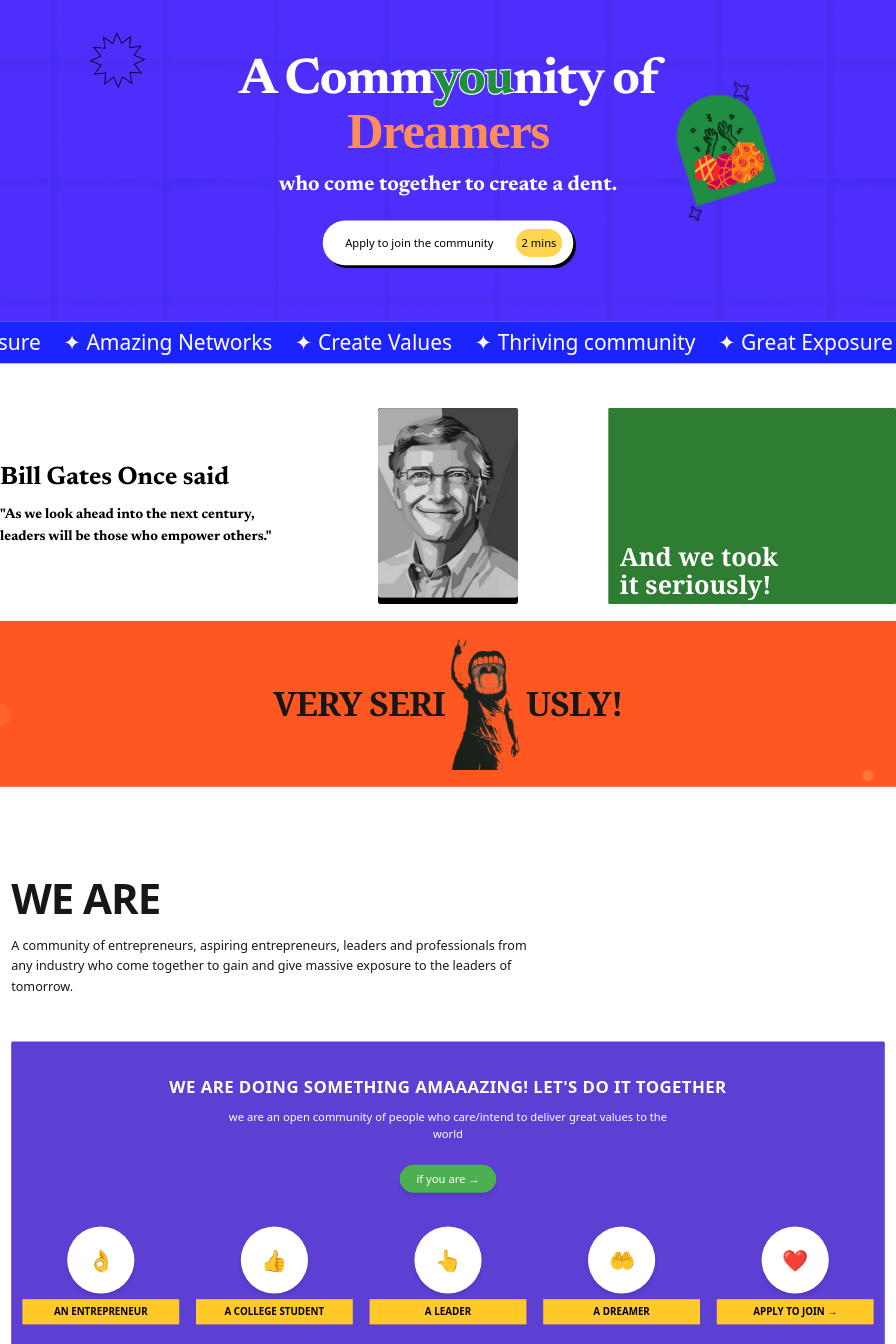
Repository: as-avni/dreamersite
Page: /
These files come from the project's save history. The page is drawn as it stood at one moment and after the next save; the edit follows.
The browser window is 1280 px wide. The pictures show the part of the page from y = 0 to 1920 px (the page is 2661 px tall before and 4130 px after), at 70% of full size.
Some web fonts or font styles are not loaded; a fallback is used. The project was rebuilt for these pictures with package versions that can differ from the ones it lists, and the page was loaded fresh each time. Some packages were replaced by stand-ins written for this rebuild. The framework's server and built-in components were replaced by stand-ins that run in the browser. Also part of the build but not shown: next.config.ts.

Above is the page before, as saved 2025-03-21 04:51:36.

### src/app/page.tsx
import Hero from "@/components/hero"
import MovingBanner from "@/components/banner"
import BillGatesSection from "@/components/bill-gates"
import AmazingSection from "@/components/amazing"
import QuickFormSection from "@/components/form"

export default function Home() {
  return (
    <main className="min-h-screen bg-white font-sans antialiased">
      <Hero />
      <MovingBanner />
      <BillGatesSection />
      <AmazingSection />
      <QuickFormSection />
    </main>
  )
}

### src/app/globals.css
@import url('https://fonts.googleapis.com/css2?family=Anek+Devanagari:wght@100..800&family=Khand:wght@300;400;500;600;700&family=Newsreader:ital,opsz,wght@0,6..72,200..800;1,6..72,200..800&family=Noto+Sans:ital,wght@0,100..900;1,100..900&family=Poppins:ital,wght@0,100;0,200;0,300;0,400;0,500;0,600;0,700;0,800;0,900;1,100;1,200;1,300;1,400;1,500;1,600;1,700;1,800;1,900&family=Rampart+One&display=swap');

@tailwind base;
@tailwind components;
@tailwind utilities;

:root {
  --background: #ffffff;
  --foreground: #171717;
}

@media (prefers-color-scheme: dark) {
  :root {
    --background: #0a0a0a;
    --foreground: #ededed;
  }
}

html,
body {
  max-width: 100vw;
  overflow-x: hidden;
}

body {
  color: var(--foreground);
  background: var(--background);
  font-family: Arial, Helvetica, sans-serif;
  -webkit-font-smoothing: antialiased;
  -moz-osx-font-smoothing: grayscale;
}

* {
  box-sizing: border-box;
  padding: 0;
  margin: 0;
}

a {
  color: inherit;
  text-decoration: none;
}

@media (prefers-color-scheme: dark) {
  html {
    color-scheme: dark;
  }
}

### src/components/hero.tsx
"use client"

import { motion } from "framer-motion"

export default function Hero() {
  return (
    <section className="relative flex flex-col items-center justify-center py-20 px-4 text-white text-center overflow-hidden bg-[url('/images/grid-bg.png')] bg-stretch">

      {/* Rotating Star Image */}
      <motion.img
        src="/images/Star.png"
        alt="Star"
        className="absolute w-20 h-20"
        style={{ top: "10%", left: "10%" }}
        // animate={{ rotate: 360 }}
        // transition={{ repeat: Infinity, duration: 10, ease: "linear" }}
      />

      {/* Static Image in a Div */}
      <div
        className="absolute w-60 h-60 bg-cover bg-center"
        style={{ top: "20%", right: "10%", backgroundImage: "url('/images/image.png')" }}
      ></div>

      <div className="relative max-w-3xl mx-auto w-full">
        <motion.h1
          className="text-5xl md:text-6xl lg:text-7xl font-newsreader font-bold mb-4 tracking-tight"
          initial={{ opacity: 0, y: 20 }}
          animate={{ opacity: 1, y: 0 }}
          transition={{ duration: 0.8 }}
        >
          A Comm<span className="text-[#1F8D42] [text-shadow:-1px_-1px_0_white,1px_-1px_0_white,-1px_1px_0_white,1px_1px_0_white]">you</span>nity of <br />
          <span className="font-rampartone text-[#FF8C5A]">Dreamers</span>
        </motion.h1>

        <motion.p
          className="text-3xl mb-8 font-bold font-newsreader"
          initial={{ opacity: 0, y: 20 }}
          animate={{ opacity: 1, y: 0 }}
          transition={{ duration: 0.8, delay: 0.2 }}
        >
          who come together to create a dent.
        </motion.p>

        <motion.div
          className="inline-flex items-center bg-white rounded-full px-2 py-1 text-black font-medium transition-all hover:bg-gray-50 shadow-[4px_4px_0px_black]"
          initial={{ opacity: 0, y: 20 }}
          animate={{ opacity: 1, y: 0 }}
          transition={{ duration: 0.8, delay: 0.4 }}
          whileHover={{ scale: 1.03 }}
        >
          <button className="bg-white text-black rounded-full px-6 py-4 font-medium transition-all hover:bg-gray-50">
            Apply to join the community
          </button>
          <span className="text-black bg-[#FFD54F] p-2 rounded-full font-medium ml-2 mr-2">2 mins</span>
        </motion.div>
      </div>
    </section>
  )
}

### src/components/banner.tsx
"use client"

import { useRef } from "react"

export default function MovingBanner() {
  const bannerItems = [
    "✦ Thriving community",
    "✦ Great Exposure",
    "✦ Amazing Networks",
    "✦ Create Values",
  ]

  return (
    <div className="bg-[#1B24FF] text-white py-3 overflow-hidden relative">
      <div className="flex whitespace-nowrap mx-auto w-max animate-scrollBanner">
        {/* Duplicate the items to ensure seamless looping */}
        {[...bannerItems,...bannerItems,...bannerItems].map((item, index) => (
          <span key={index} className="mx-4 text-3xl font-medium">
            {item}
          </span>
        ))}
      </div>

      {/* CSS Animation */}
      <style jsx>{`
        @keyframes scrollBanner {
          from {
            transform: translateX(0);
          }
          to {
            transform: translateX(-50%);
          }
        }

        .animate-scrollBanner {
          animation: scrollBanner 20s linear infinite;
        }
      `}</style>
    </div>
  )
}

### src/components/bill-gates.tsx
"use client"

import Image from "next/image"
import { motion } from "framer-motion"

export default function BillGatesSection() {
return (
    <section className=" py-16 px-4 md:px-0 lg:px-0 max-w-7xl mx-auto w-full">
        <div className="grid grid-cols-1 md:grid-cols-3 w-full gap-6 items-center">
            {/* Quote Text Section */}
            <motion.div
                className="col-span-1 flex flex-col justify-center"
                initial={{ opacity: 0, x: -20 }}
                whileInView={{ opacity: 1, x: 0 }}
                transition={{ duration: 0.6 }}
                viewport={{ once: true }}
            >
                <h2 className="px-0 text-4xl font-bold mb-4 text-black font-newsreader">Bill Gates Once said</h2>
                <p className="text-xl leading-relaxed font-bold text-black font-newsreader">
                &quot;As we look ahead into the next century, leaders will be those who empower others.&quot;
                </p>
            </motion.div>

            {/* Bill Gates Image */}
            <motion.div
                className="col-span-1 flex justify-center items-center"
                initial={{ opacity: 0, y: 20 }}
                whileInView={{ opacity: 1, y: 0 }}
                transition={{ duration: 0.6, delay: 0.2 }}
                viewport={{ once: true }}
            >
                <div className="relative w-[200px] h-[280px] bg-black rounded overflow-hidden">
                    <Image
                        src="/images/bill.jpg"
                        width={200}
                        height={200}
                        alt="Bill Gates"
                        className="rounded object-cover"
                    />
                </div>
            </motion.div>

            {/* Green Box Section */}
            <motion.div
                className="h-[280px] col-span-1 bg-[#2E7D32] flex flex-col p-6 text-white rounded-sm relative"
                initial={{ opacity: 0, x: 20 }}
                whileInView={{ opacity: 1, x: 0 }}
                transition={{ duration: 0.6, delay: 0.4 }}
                viewport={{ once: true }}>
                <p className="absolute bottom-12 left-4 text-4xl font-serif font-bold">
                    And we took
                </p>
                <p className="absolute bottom-2 left-4 text-4xl font-bold font-serif">
                    it seriously!
                </p>
            </motion.div>

        </div>

        {/* Orange Section */}
        <motion.div
            className="mt-6 bg-[#FF5722] py-6 px-4 flex items-center justify-center relative overflow-hidden"
            initial={{ opacity: 0, y: 20 }}
            whileInView={{ opacity: 1, y: 0 }}
            transition={{ duration: 0.6, delay: 0.6 }}
            viewport={{ once: true }}
        >
            <div className="flex items-center justify-center space-x-2">
                <h2 className="text-4xl md:text-5xl font-black tracking-tight font-serif">VERY SERI</h2>
                <Image
                    src="/images/seriously.png"
                    width={100}
                    height={100}
                    alt="Serious Photo"
                    className="object-contain"
                />
                <h2 className="text-4xl md:text-5xl font-black tracking-tight font-serif">USLY!</h2>
            </div>

            {/* Decorative elements */}
            <div className="absolute -left-4 top-1/2 w-8 h-8 bg-orange-400 rounded-full opacity-20"></div>
            <div className="absolute right-8 bottom-2 w-4 h-4 bg-orange-300 rounded-full opacity-30"></div>
        </motion.div>
    </section>
)
}

### src/components/amazing.tsx
"use client"

import { motion } from "framer-motion"

export default function AmazingSection() {
  const containerVariants = {
    hidden: { opacity: 0 },
    visible: {
      opacity: 1,
      transition: {
        staggerChildren: 0.1,
      },
    },
  }

  const itemVariants = {
    hidden: { opacity: 0, y: 20 },
    visible: { opacity: 1, y: 0 },
  }

  return (
    <section className="py-16">
      <div className="container mx-auto px-4">
        <motion.div
          className="mb-16"
          initial={{ opacity: 0, y: 20 }}
          whileInView={{ opacity: 1, y: 0 }}
          transition={{ duration: 0.6 }}
          viewport={{ once: true }}
        >
          <h2 className="text-6xl font-bold mb-6 tracking-tight">WE ARE</h2>
          <p className="text-lg max-w-3xl leading-relaxed">
            A community of entrepreneurs, aspiring entrepreneurs, leaders and professionals from any industry who come
            together to gain and give massive exposure to the leaders of tomorrow.
          </p>
        </motion.div>

        <div className="bg-[#5D3FD3] text-white py-12 px-4 text-center rounded-sm">
          <motion.h2
            className="text-2xl font-bold mb-4 uppercase tracking-wide"
            initial={{ opacity: 0, y: 20 }}
            whileInView={{ opacity: 1, y: 0 }}
            transition={{ duration: 0.6 }}
            viewport={{ once: true }}
          >
            We are doing something amaaazing! Let's do it together
          </motion.h2>

          <motion.p
            className="mb-8 max-w-2xl mx-auto"
            initial={{ opacity: 0, y: 20 }}
            whileInView={{ opacity: 1, y: 0 }}
            transition={{ duration: 0.6, delay: 0.2 }}
            viewport={{ once: true }}
          >
            we are an open community of people who care/intend to deliver great values to the world
          </motion.p>

          <motion.button
            className="bg-[#4CAF50] text-white px-6 py-2 rounded-full mb-12 shadow-md hover:bg-[#3d9c40] transition-all"
            initial={{ opacity: 0, y: 20 }}
            whileInView={{ opacity: 1, y: 0 }}
            transition={{ duration: 0.6, delay: 0.4 }}
            viewport={{ once: true }}
            whileHover={{ scale: 1.05 }}
            whileTap={{ scale: 0.95 }}
          >
            if you are →
          </motion.button>

          <motion.div
            className="grid grid-cols-1 md:grid-cols-5 gap-6"
            variants={containerVariants}
            initial="hidden"
            whileInView="visible"
            viewport={{ once: true }}
          >
            <CategoryCard icon="👌" title="AN ENTREPRENEUR" />
            <CategoryCard icon="👍" title="A COLLEGE STUDENT" />
            <CategoryCard icon="👆" title="A LEADER" />
            <CategoryCard icon="🤲" title="A DREAMER" />

            <motion.div className="flex flex-col items-center" variants={itemVariants}>
              <div className="w-24 h-24 rounded-full bg-white mb-2 flex items-center justify-center shadow-md">
                <span className="text-3xl">❤️</span>
              </div>
              <div className="bg-[#FFCA28] py-2 px-4 text-center w-full text-black font-medium hover:bg-[#FFB300] transition-colors cursor-pointer">
                <p className="font-bold text-sm">APPLY TO JOIN →</p>
              </div>
            </motion.div>
          </motion.div>
        </div>

        <motion.div
          className="mt-6 bg-[#FFCA28] p-4 rounded-sm"
          initial={{ opacity: 0, y: 20 }}
          whileInView={{ opacity: 1, y: 0 }}
          transition={{ duration: 0.6, delay: 0.8 }}
          viewport={{ once: true }}
        >
          <div className="flex flex-col md:flex-row">
            <div className="md:w-1/3 mb-4 md:mb-0">
              <h3 className="font-bold text-lg">WE ARE FOR</h3>
              <p className="italic font-medium">The leaders of tomorrow.</p>
            </div>
            <div className="md:w-2/3">
              <p className="text-lg">
                Younicom Commyounity is a platform where diversity of folks come together to do crazy shit together.
              </p>
            </div>
          </div>
        </motion.div>
      </div>
    </section>
  )
}

function CategoryCard({ icon, title }: { icon: string; title: string }) {
  const itemVariants = {
    hidden: { opacity: 0, y: 20 },
    visible: { opacity: 1, y: 0 },
  }

  return (
    <motion.div className="flex flex-col items-center" variants={itemVariants}>
      <motion.div
        className="w-24 h-24 rounded-full bg-white mb-2 flex items-center justify-center shadow-md"
        whileHover={{ scale: 1.05, boxShadow: "0 10px 25px -5px rgba(0, 0, 0, 0.1)" }}
      >
        <span className="text-3xl">{icon}</span>
      </motion.div>
      <div className="bg-[#FFCA28] py-2 px-4 text-center w-full text-black font-medium">
        <p className="font-bold text-sm">{title}</p>
      </div>
    </motion.div>
  )
}

Loaded but not shown: src/app/layout.tsx (common file); tailwind.config.js (21 lines, source omitted); src/components/form.tsx (194 lines, source omitted)

After the next save:
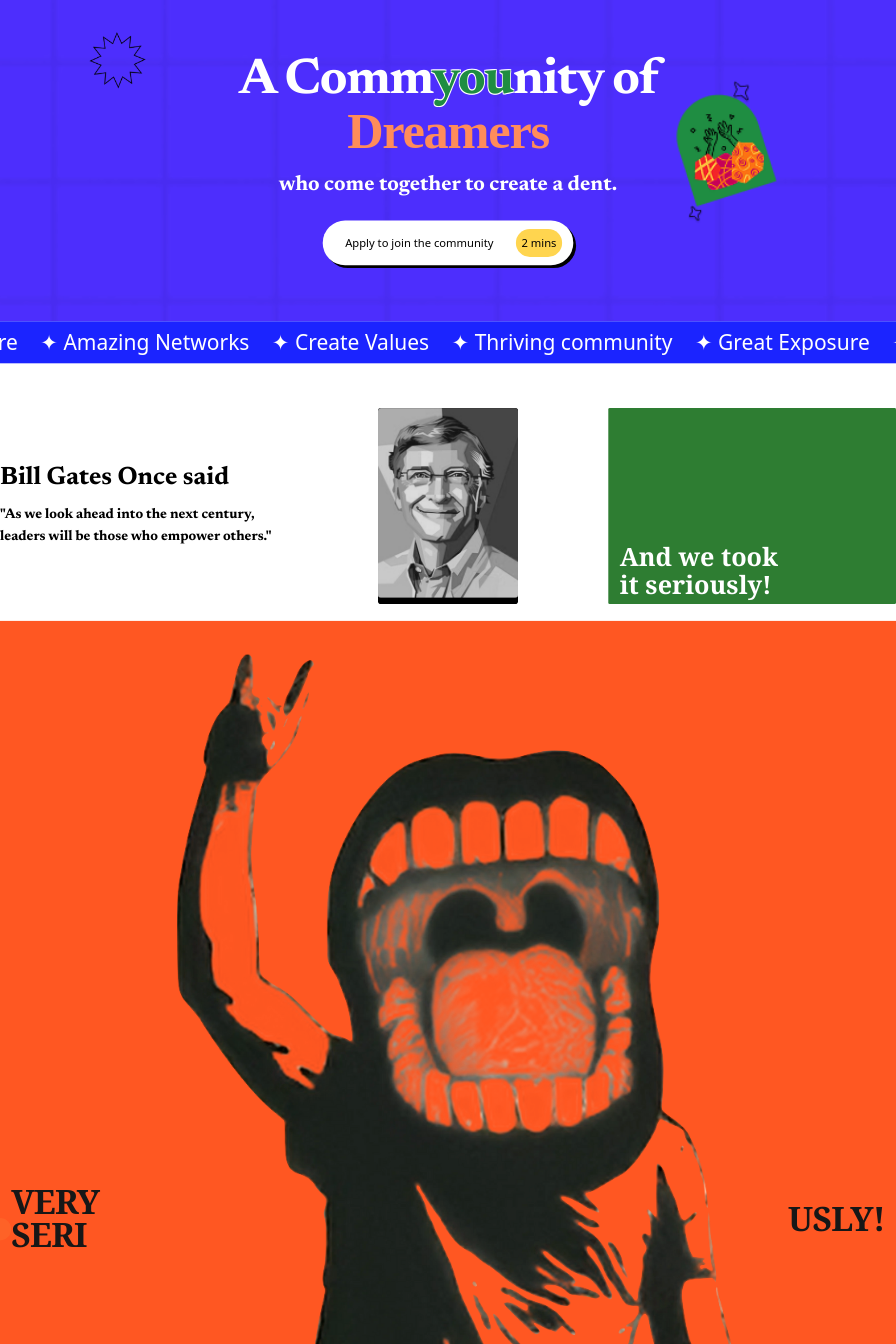
Saved 9 s later.
--- a/src/components/bill-gates.tsx
+++ b/src/components/bill-gates.tsx
@@ -69,7 +69,7 @@
                 <h2 className="text-4xl md:text-5xl font-black tracking-tight font-serif">VERY SERI</h2>
                 <Image
                     src="/images/seriously.png"
-                    width={100}
+                    width={1000}
                     height={100}
                     alt="Serious Photo"
                     className="object-contain"

After the save that followed:
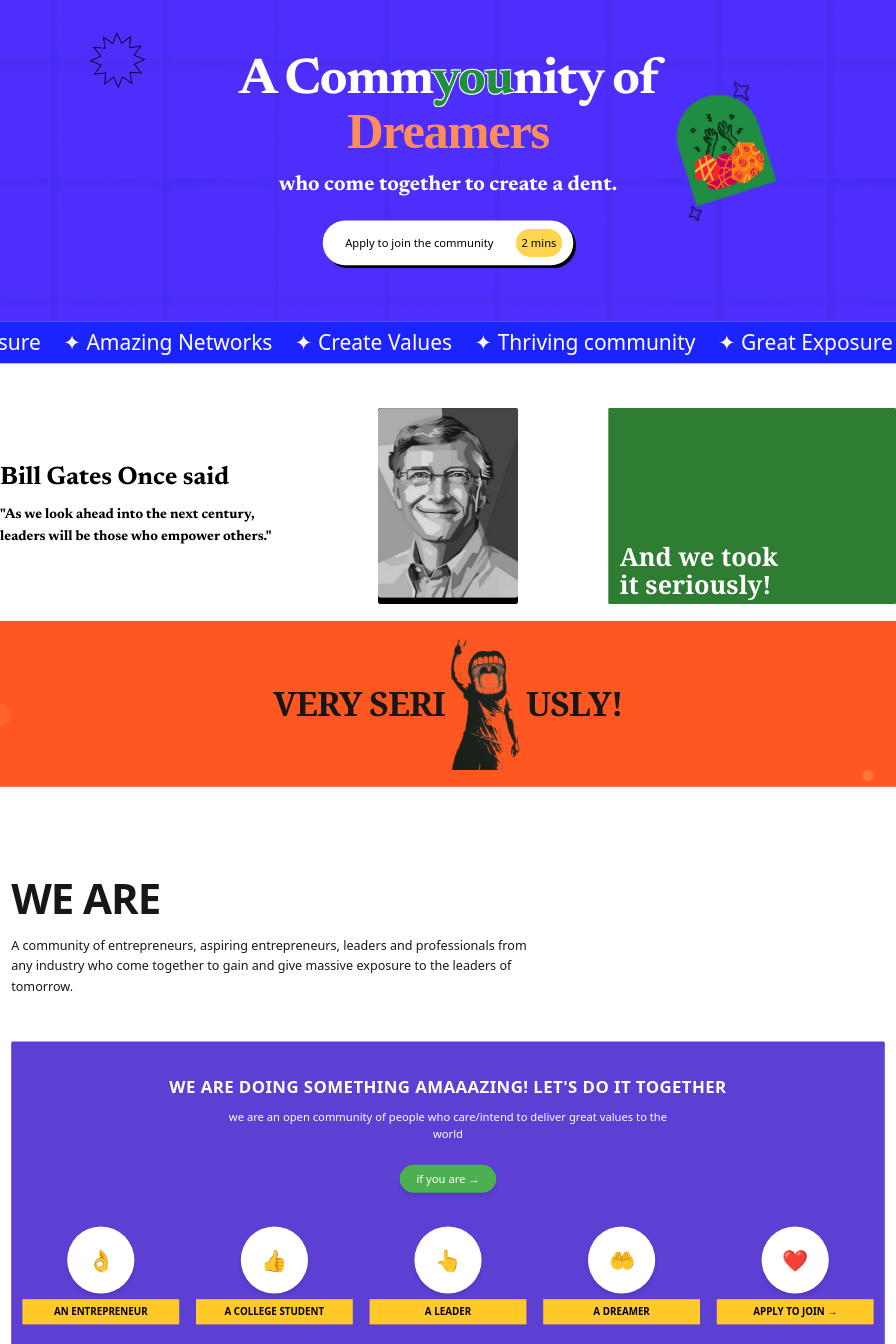
Saved 4 s later.
--- a/src/components/bill-gates.tsx
+++ b/src/components/bill-gates.tsx
@@ -69,7 +69,7 @@
                 <h2 className="text-4xl md:text-5xl font-black tracking-tight font-serif">VERY SERI</h2>
                 <Image
                     src="/images/seriously.png"
-                    width={1000}
+                    width={100}
                     height={100}
                     alt="Serious Photo"
                     className="object-contain"
